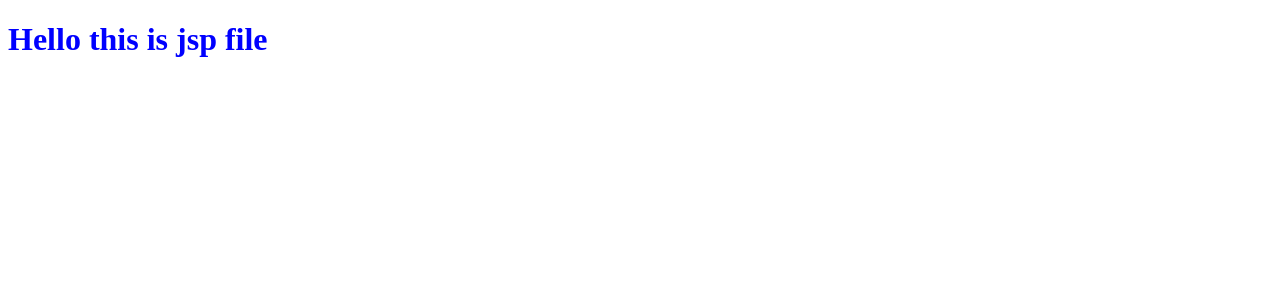
Repository: Suknaina/Repo
Page: http://localhost/jsp_demo/Sample.jsp
An editor plug-in stored every save of this project. The page is shown before and after the next save, followed by the edit.
The browser window is 1280 px wide. The pictures show the whole page.
The page is served by Tomcat 9.

Above is the page before, as saved 2023-05-19 05:11:27.

After the next save:
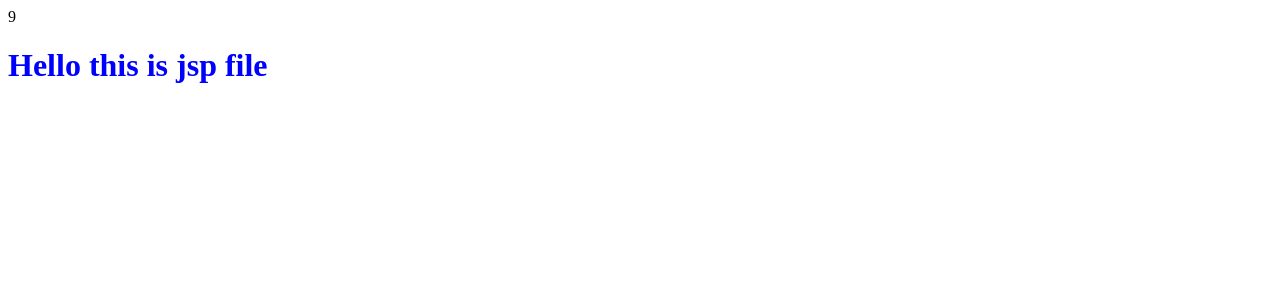
Saved 7 min 16 s later.
--- a/jsp_demo/src/main/webapp/Sample.jsp
+++ b/jsp_demo/src/main/webapp/Sample.jsp
@@ -29,5 +29,6 @@ void add()
 	System.out.println(this.a);
 }
 %>
+<% response.getWriter().print(a); %>
 </body>
 </html>
